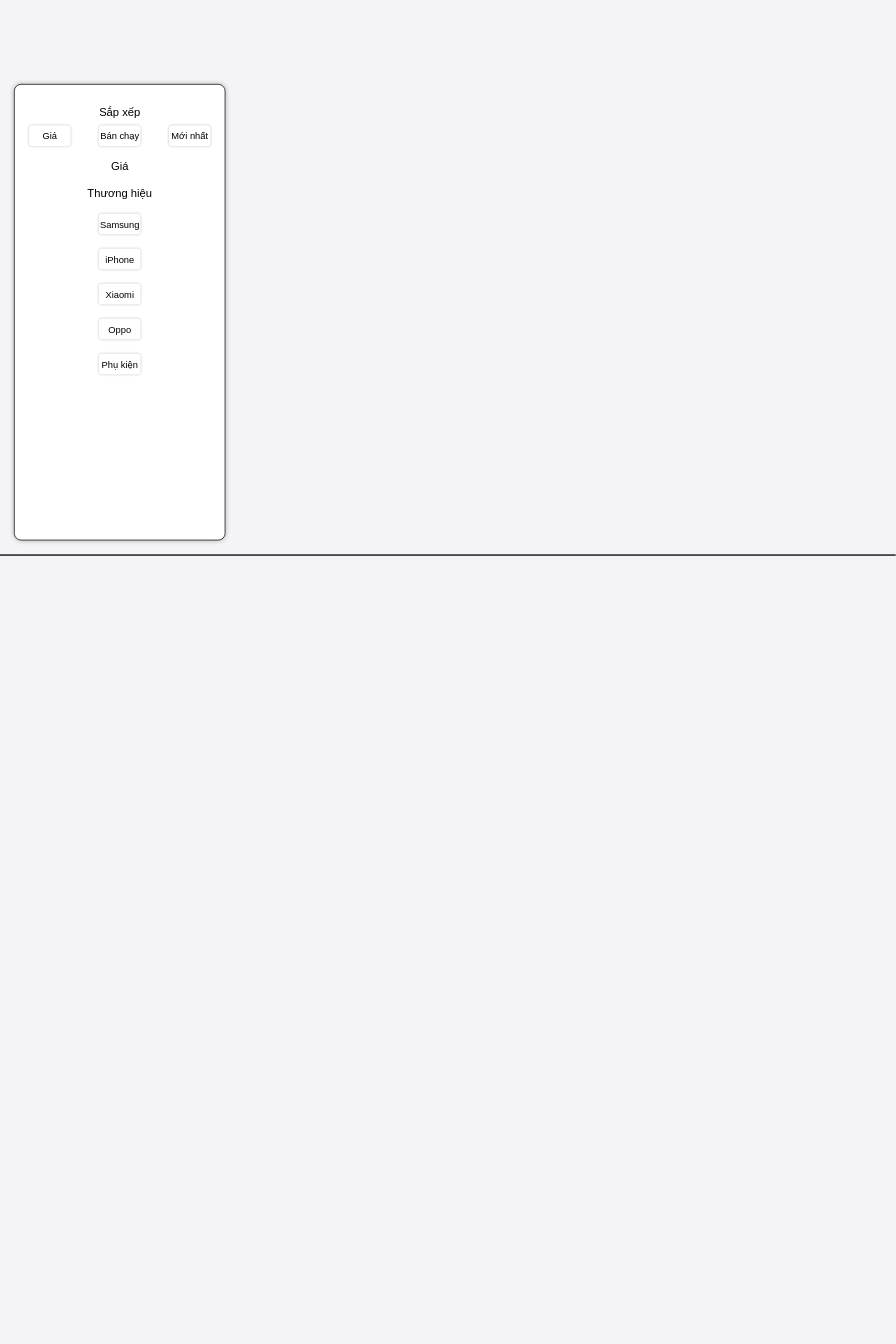
Repository: TrungSonQNIT2k4/ZENTECH
Page: showsp.html
An editor plug-in stored every save of this project. The page is shown before and after a run of saves, followed by the edit.
The browser window is 1280 px wide. The pictures show the whole page, at 70% of full size.
Some web fonts or font styles are not loaded; a fallback is used.

Above is the page before, as saved 2024-11-22 21:41:23.

After the next 3 saves:
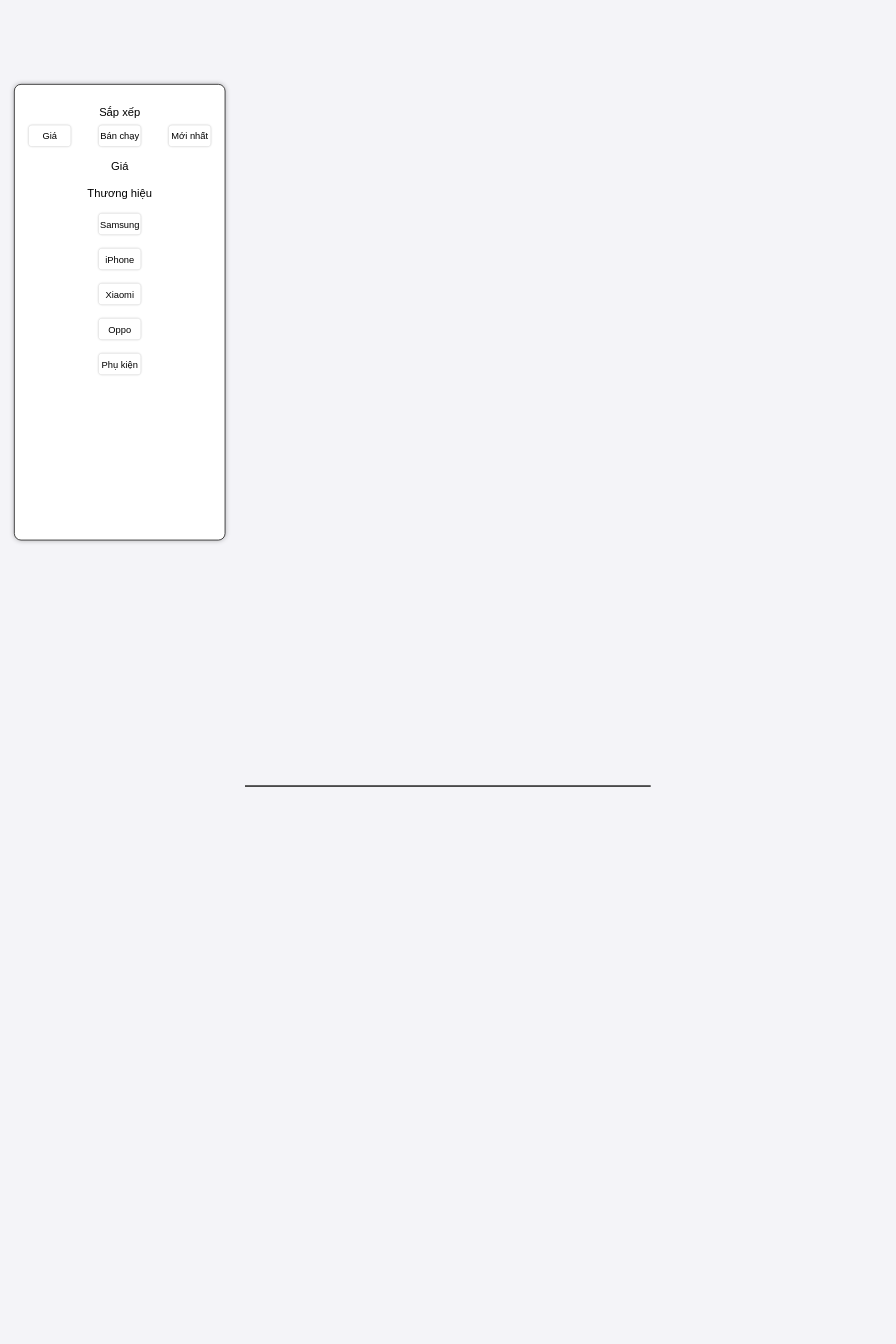
The 3 saves are shown as one change because they came seconds apart.
The last was saved 9 s later.
--- a/style.css
+++ b/style.css
@@ -384,6 +384,6 @@
 }
 .Show_item{
   width: 100% - 350px;
-
+  margin: 350px;
   border: 1px solid;
 }
